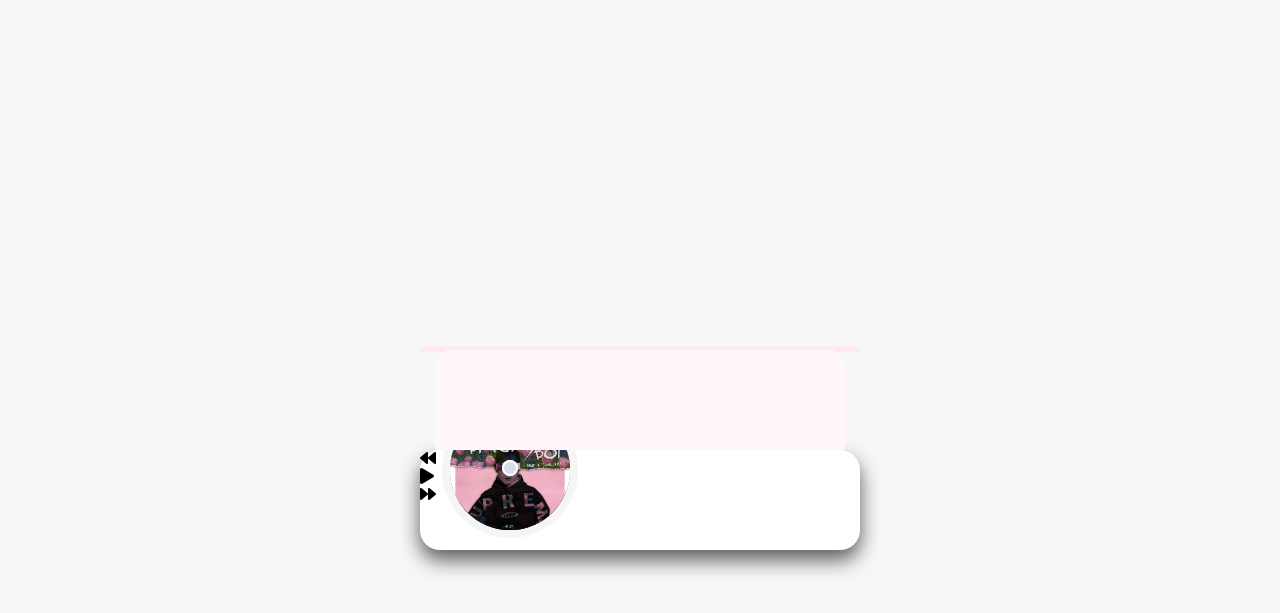
Repository: nguyentien110-fe/Music_Player_Demo
Page: index.html
These files come from the project's save history. The page is drawn as it stood at one moment and after the next save; the edit follows.
The browser window is 1280 px wide. The pictures show the whole page.

Above is the page before, as saved 2021-08-29 21:52:37.

After the next save:
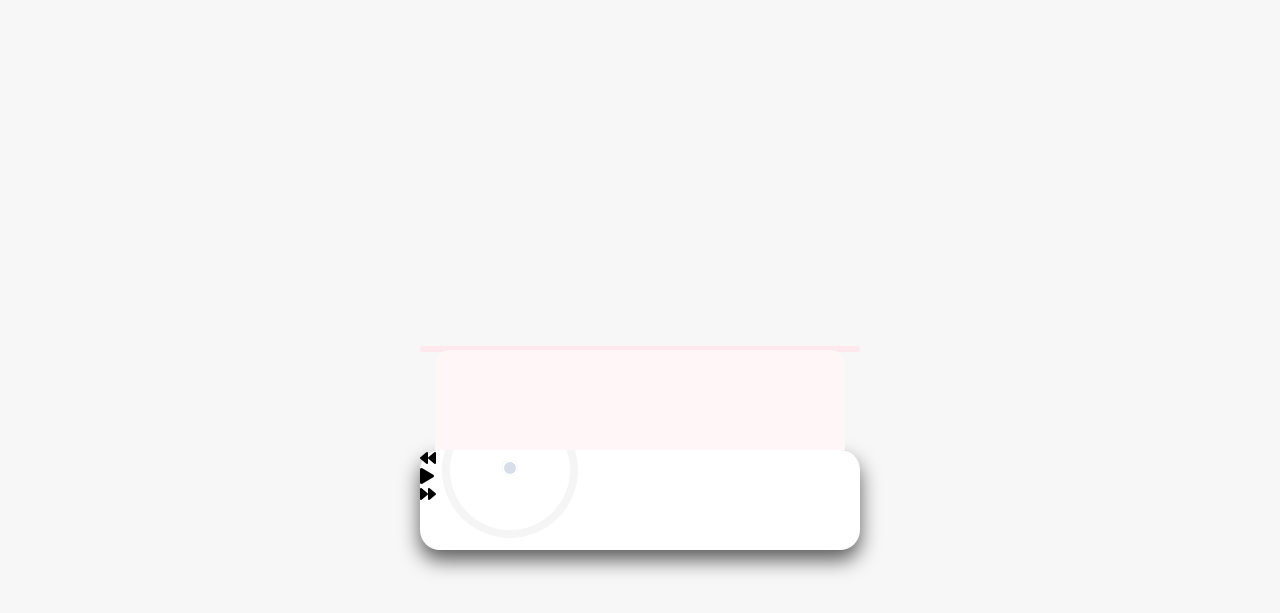
Saved 8 s later.
--- a/style.css
+++ b/style.css
@@ -209,4 +209,5 @@
     left: 0;
     width: 100%;
     height: 100%;
-}
+    opacity: 0;
+}
